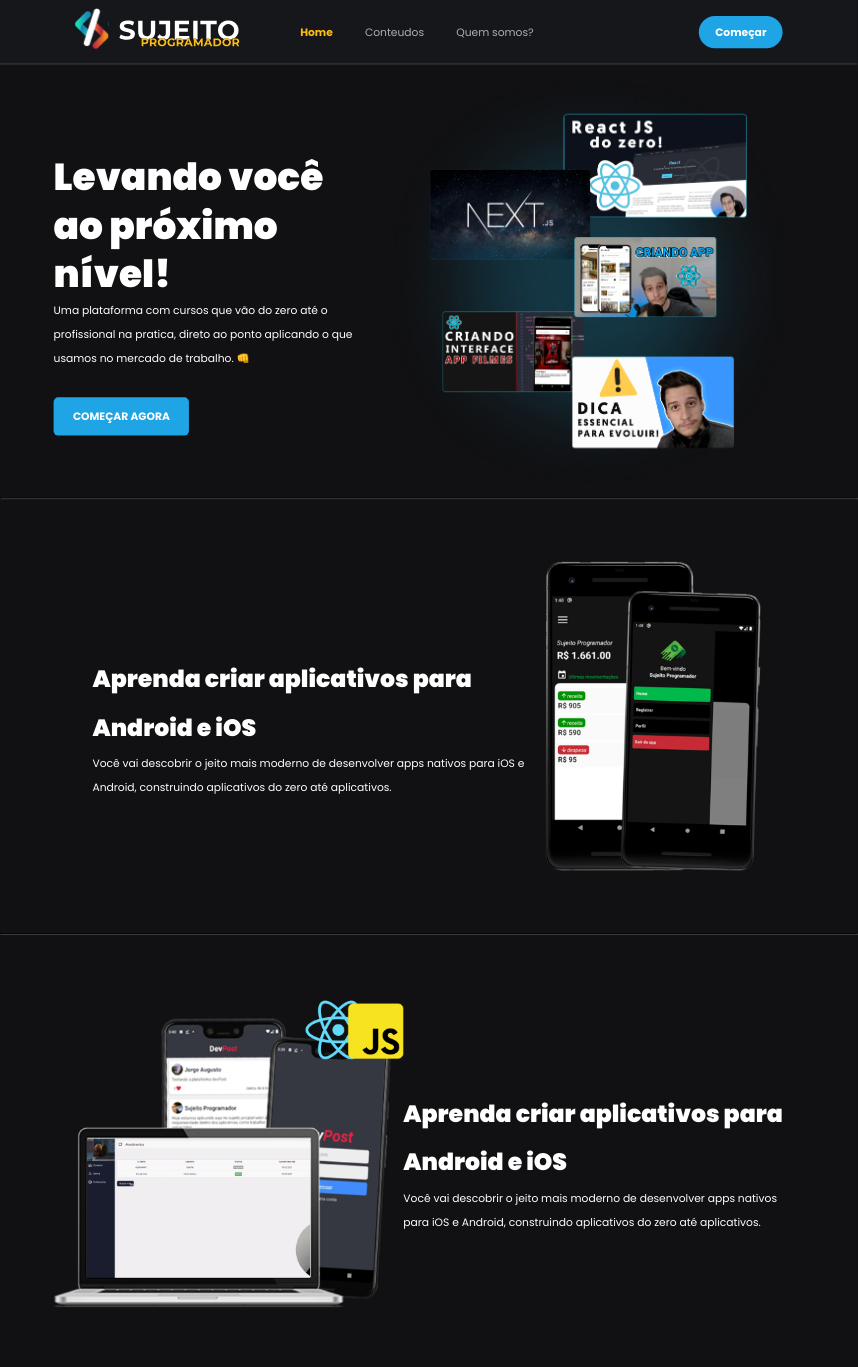
Repository: ArthurHendrich/Blog
Page: /
An editor plug-in stored every save of this project. The page is shown before and after the next save, followed by the edit.
The browser window is 1280 px wide. The pictures show the whole page, at 67% of full size.
The project was rebuilt for these pictures with package versions that can differ from the ones it lists, and the page was loaded fresh each time. The framework's server and built-in components were replaced by stand-ins that run in the browser. Also part of the build but not shown: next.config.js.

Above is the page before, as saved 2022-07-05 23:55:53.

### src/pages/_app.tsx
import { AppProps } from "next/app";
import { Header } from "../components/header";

import '../styles/global.scss';

function MyApp({ Component, pageProps }: AppProps) {
  return (
    <>
    <Header />
    <Component {...pageProps} />
    </>
  );
}

export default MyApp;

### src/pages/_document.tsx
import Document, { Html, Head, Main, NextScript } from "next/document";

export default class MyDocument extends Document {
  render() {
    return (
      <Html>
        <Head>
          <link rel="preconnect" href="https://fonts.googleapis.com" />
          <link
            href="https://fonts.googleapis.com/css2?family=Poppins:wght@400;500;700;900&display=swap"
            rel="stylesheet"
          />
          <link rel="shortcut icon" href="favicon.png" type="image/png" />
        </Head>
        <body>
          <Main />
          <NextScript />
        </body>
      </Html>
    );
  }
}

### src/pages/index.tsx
import Head from 'next/head';

import styles from '../styles/home.module.scss';

export default function Home() {
  return (
    <>
    <Head>
      <title>Home | Bootcamp</title>
    </Head>

    <main className={styles.container}>
      <div className={styles.containerHeader}>
        <section className={styles.ctaText}>
          <h1>Levando você ao próximo nível!</h1>
          <span>Uma plataforma com cursos que vão do zero até o profissional na pratica, direto ao ponto aplicando o que usamos no mercado de trabalho. 👊</span>
          <a>
            <button>
              COMEÇAR AGORA
            </button>
          </a>
        </section>
          <img src="/images/banner-conteudos.png" alt="Conteúdos" />
      </div>

      <hr className={styles.divisor} />

      <div className={styles.sectionContent} >
        <section>
          <h2>Aprenda criar  aplicativos para Android e iOS</h2>
          <span>Você vai descobrir o jeito mais moderno de desenvolver apps nativos para iOS e Android, construindo aplicativos do zero até aplicativos.</span>
        </section>

        <img src="/images/financasApp.png" alt="conteudos mobile" />
      </div>

      <hr className={styles.divisor} />

      <div className={styles.sectionContent} >
        <img src="/images/webDev.png" alt="dev Aplicação web" />

        <section>
          <h2>Aprenda criar  aplicativos para Android e iOS</h2>
          <span>Você vai descobrir o jeito mais moderno de desenvolver apps nativos para iOS e Android, construindo aplicativos do zero até aplicativos.</span>
        </section>
      </div>

    </main>
    </>
  )
}

### src/components/header/index.tsx
import Image from 'next/image';
import styles from './styles.module.scss';
import log from '../../../public/images/logo.svg';
import { ActiveLink } from '../ActiveLink';


export function Header() {
  return(
    <header className={styles.headerContainer}>
      <div className={styles.headerContent}>
      <ActiveLink href="/" activeClassName={styles.active}>
        <a>
          <Image src={log} alt="Logo"/>
        </a>
      </ActiveLink>

        <nav>
          <ActiveLink href="/" activeClassName={styles.active}>
            <a>Home</a>
          </ActiveLink>

          <ActiveLink href="/posts" activeClassName={styles.active}>
            <a>Conteudos</a>
          </ActiveLink>

          <ActiveLink href="/sobre" activeClassName={styles.active}>
            <a>Quem somos?</a>
          </ActiveLink>
        </nav>

        <a className={styles.readyButton} href="https://github.com/ArthurHendrich">Começar</a>
      </div>
    </header>
  )
}

### src/styles/global.scss
* {
  margin: 0;
  padding: 0;
  box-sizing: border-box;
}

:root {
  --white: #FFF;

  --gray-100: #AFAFAF;
  --gray-200: #525252;
  --gray-700: #15171b;
  --gray-900: #111113;

  --blue-900: #1fa4e5;
  --yellow-500: #FFBE16;
}

@media (max-width: 1080px) {
  html {
    font-size: 93.75%;
  }
}

@media (max-width: 720px) {
  html {
    font-size: 87.5%;
  }
}

body{
  background: var(--gray-900);
}

body, input, textarea, select, button {
  font: 400 1rem 'Poppins', sans-serif;
}

button {
  cursor: pointer;
}

a {
  color: inherit;
  text-decoration: none;
}

### src/styles/home.module.scss
.container {
  display: block;
}

.containerHeader{
  min-height: calc(100vh - 5rem);
  margin: 0 auto;
  max-width: 1120px;

  display: flex;
  align-items: center;
  justify-content: space-between;

  img{
    max-width: 640px;
  }
}

.ctaText {
  max-width: 600px;

  h1 {
    font-size: 3.5rem;
    line-height: 4.5rem;
    font-weight: 900;
    margin-top: 2.5rem;
    color: var(--white);
  }

  span{
    font-size: 1rem;
    line-height: 2.25rem;
    color: var(--white);
  }

  button {
    background-color: var(--blue-900);
    border: 0;
    padding: 1rem 1.8rem;
    margin-top: 2.5rem;
    border-radius: 7px;
    color: var(--white);
    font-weight: bold;
    transition: filter ease 0.2s;

    &:hover {
      filter: brightness(0.9);
    }
  }
}

.divisor {
  width: 100%;
  bottom: 0;
  height: 1px;
  border-color: var(--gray-200)
}

.sectionContent {
  margin: 5.5rem auto;
  max-width: 1120px;
  display: flex;
  align-items: center;
  justify-content: center;

  section {
    max-width: 670px;
  }

  img {
    max-width: 550px;
  }

  h2{
    font-size: 2.2rem;
    line-height: 4.5rem;
    font-weight: 900;
    margin-top: 2.2rem;
    color: var(--white);
  }

  span {
    font-size: 1rem;
    line-height: 2.25rem;
    color: var(--white);
  }
}

### src/components/header/styles.module.scss
.headerContainer {
  height: 6rem;
  border-bottom: 1px solid var(--gray-200);
  background: var(--gray-700);
}

.headerContent {
  max-width: 1120px;
  height: 6rem;
  margin: 0 auto;
  padding: 0 2rem;

  display: flex;
  align-items: center;

  img {
    cursor: pointer;
  }

  nav {
    margin-left: 5rem;
    height: 6rem;

    a {
      display: inline-block;
      position: relative;
      padding: 0 0.5rem;
      height: 6rem;
      line-height: 6rem;
      color: var(--gray-100);
      transition: color 0.2s;

      & + a {
        margin-left: 2rem;
      }

      &:hover {
        color: var(--white);
      }

      &.active{
        color: var(--yellow-500);
        font-weight: bold;
      }
    }
  }
}

.readyButton {
  margin-left: auto;
  height: 3rem;
  border-radius: 3rem;
  background: var(--blue-900);
  border: 0;
  padding: 0 1.5rem;
  display: flex;
  align-items: center;
  justify-content: center;
  color: var(--white);
  font-weight: bold;
  transition: filter 0.2s;

  &:hover {
    filter: brightness(1.1)
  }
}

@media (max-width: 870px){
  .headerContainer {
    height: 11rem;
    padding: 0.5rem 0;
  }

  .headerContent {
    display: flex;
    flex-direction: column;

    nav {
      display: block;
      margin-left: auto;
      margin-right: auto;
    }

    .readyButton {
      display: none;
    }
  }
}

### src/components/ActiveLink/index.tsx
import Link, { LinkProps } from "next/link";
import { useRouter } from "next/router";
import { cloneElement, ReactElement } from "react";

interface ActiveLinkProps extends LinkProps {
  children: ReactElement;
  activeClassName: string;
}

export function ActiveLink ({ children, activeClassName, ...rest }: ActiveLinkProps) {
  const { asPath } = useRouter();

  const className = asPath === rest.href ? activeClassName : '';


  return (
    <Link {...rest}>
      {cloneElement(children, { className })}
    </Link>
  )
}

After the next save:
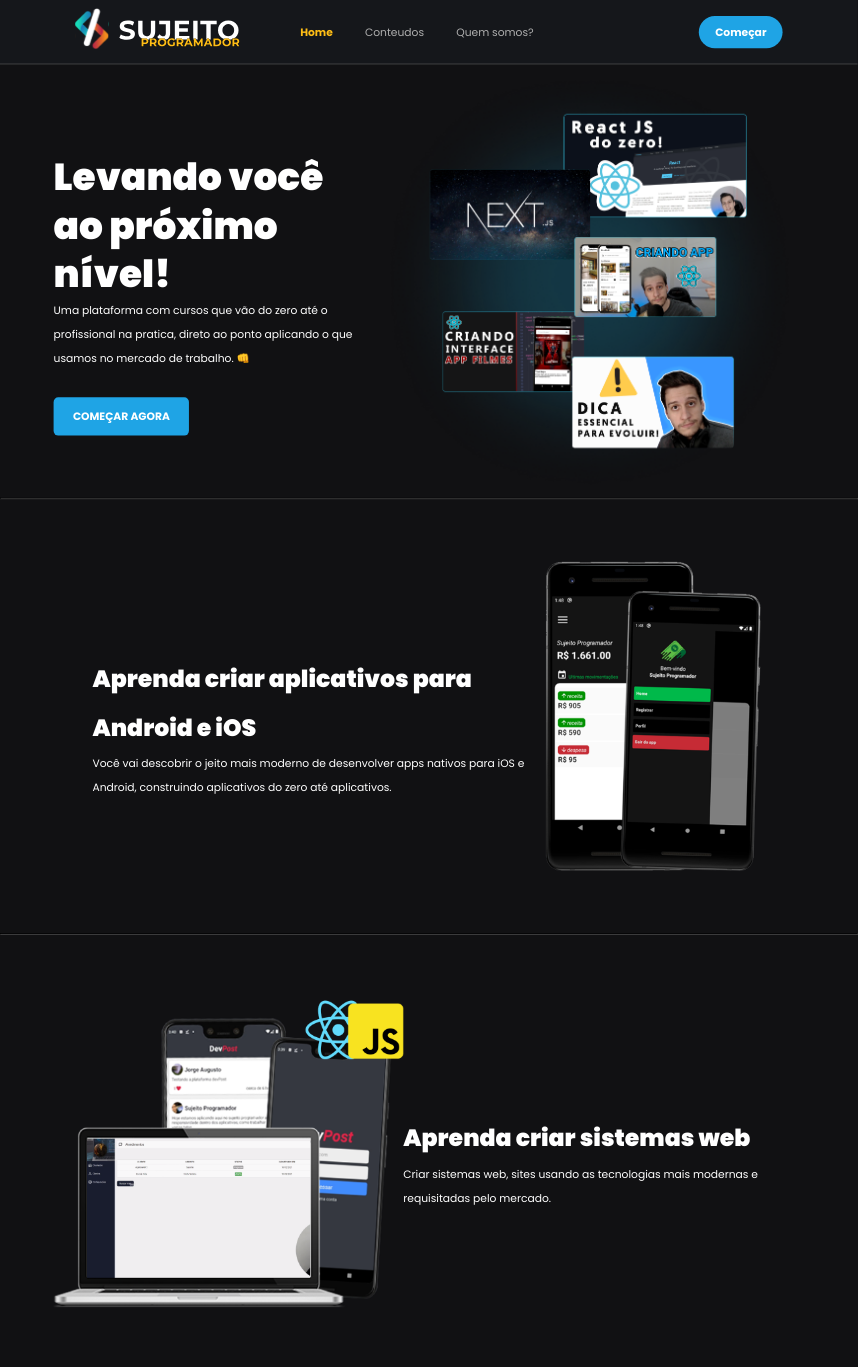
Saved 32 s later.
--- a/src/pages/index.tsx
+++ b/src/pages/index.tsx
@@ -40,8 +40,8 @@
         <img src="/images/webDev.png" alt="dev Aplicação web" />
 
         <section>
-          <h2>Aprenda criar  aplicativos para Android e iOS</h2>
-          <span>Você vai descobrir o jeito mais moderno de desenvolver apps nativos para iOS e Android, construindo aplicativos do zero até aplicativos.</span>
+          <h2>Aprenda criar sistemas web </h2>
+          <span>Criar sistemas web, sites usando as tecnologias mais modernas e requisitadas pelo mercado.</span>
         </section>
       </div>
 
